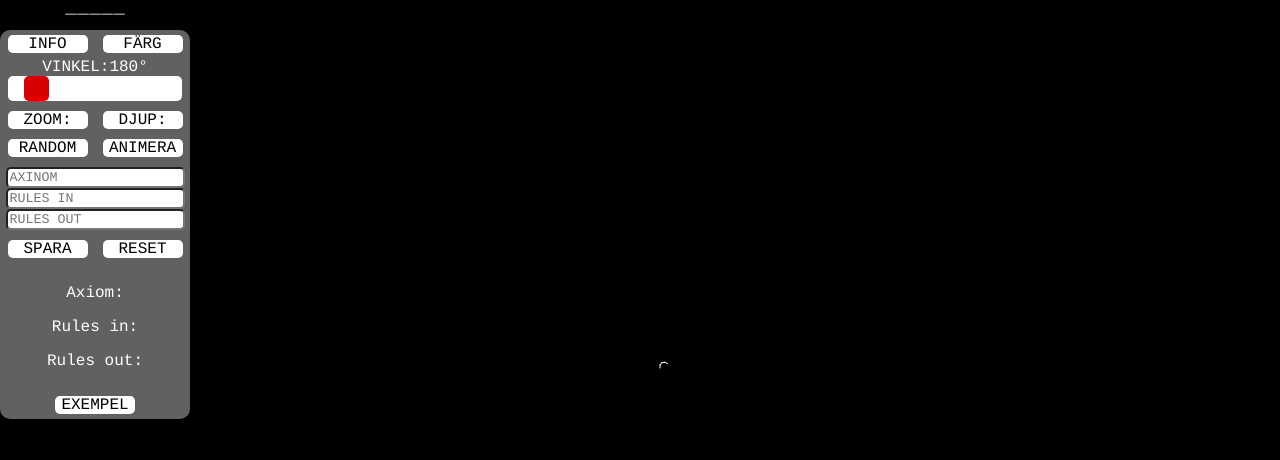
Repository: Gabrielw123/Fraktalgenerator
Page: fraktaler/test/index.html
The author's editor kept a copy of each file at every save. The page is drawn from the files as they stood at one save, then again after the next save.
The browser window is 1280 px wide. The pictures show the whole page.
Some web libraries are served in a nearby version.

Above is the page before, as saved 2022-01-13 13:53:42.

After the next save:
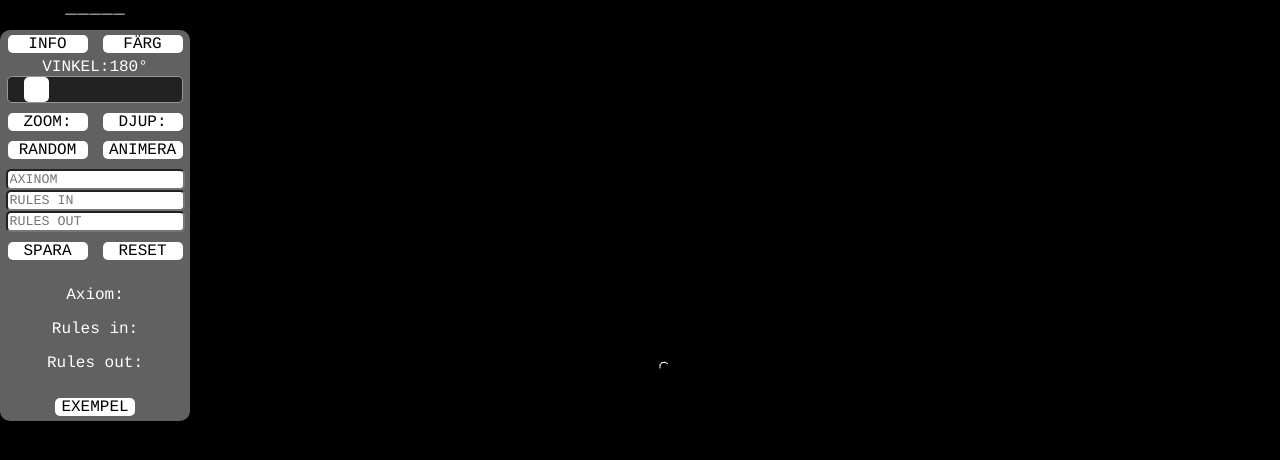
Saved 8 s later.
--- a/fraktaler/test/style.css
+++ b/fraktaler/test/style.css
@@ -60,17 +60,18 @@ body {
   margin: auto;
   padding-bottom: 5px;
 }
-
 .slider {
   -webkit-appearance: none;
   width: 92%;
   height: 25px;
-  background: white;
+  background: #222222;
   outline: none;
   margin: auto;
-  -webkit-transition: 6s;
-  transition: opacity 1s;
+  -webkit-transition: 0.2s;
+  transition: opacity 0.2s;
   border-radius: 5px;
+  border: 1px;
+  border-style: solid;
 }
 
 .slider:hover {
@@ -83,7 +84,7 @@ body {
   appearance: none;
   width: 25px;
   height: 25px;
-  background: rgb(216, 0, 0);
+  background: #ffffff;
   cursor: pointer;
   border-radius: 5px;
 }
@@ -91,7 +92,7 @@ body {
 .slider::-moz-range-thumb {
   width: 25px;
   height: 25px;
-  background: #ff00ff;
+  background: #04aa6d;
   cursor: pointer;
 }
 
